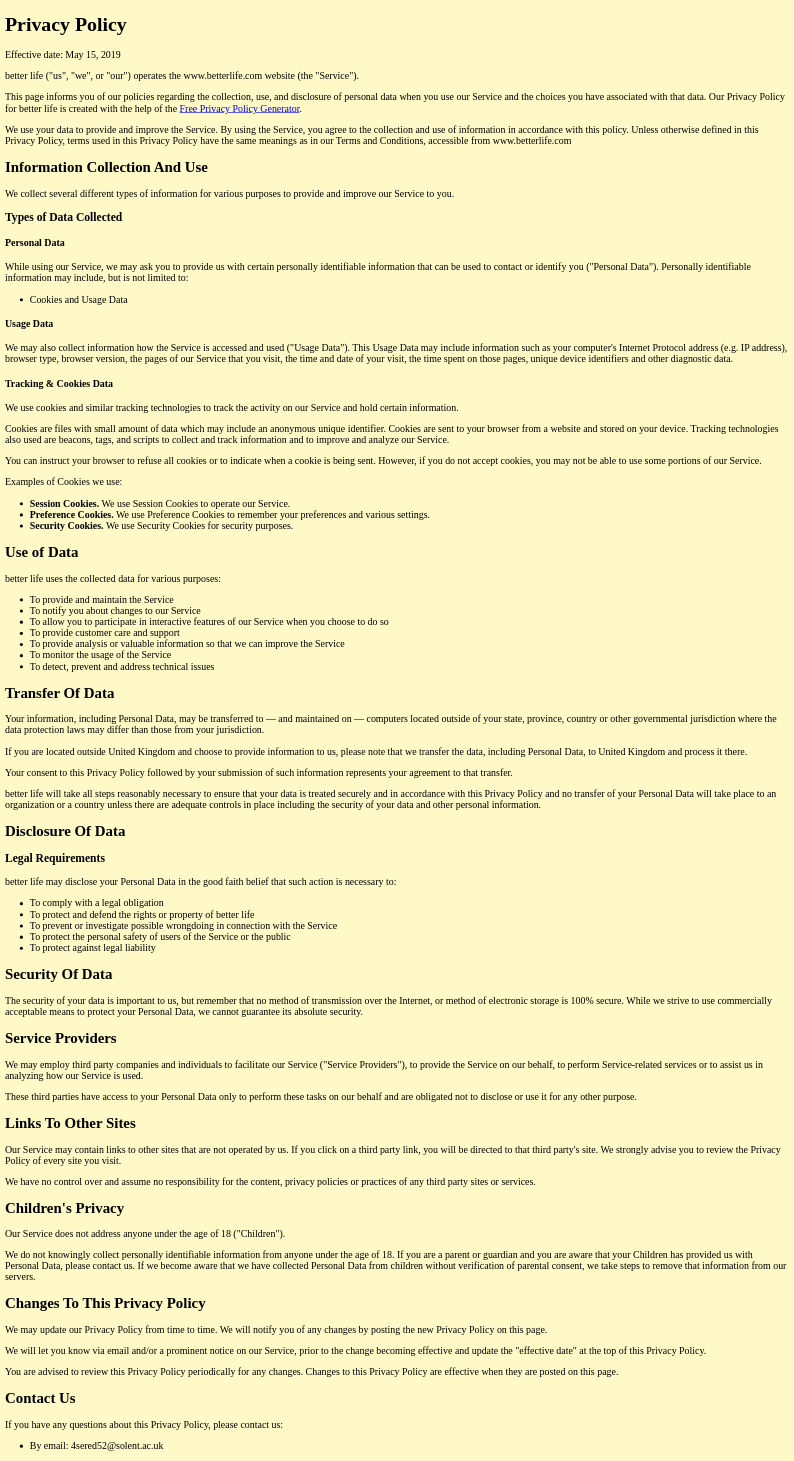
Repository: DSerenoG/Assessment2
Page: privacy.html
The author's editor kept a record of every edit. The page is drawn from the files as they stood at one moment, then again after the next edit.
The browser window is 1280 px wide. The pictures show the whole page, at 62% of full size.

Above is the page before.

### privacy.html
<!DOCTYPE html>
<html lang="en">
<head>
    <meta charset="UTF-8">
    <meta name="viewport" content="width=device-width, initial-scale=1.0">
    <meta http-equiv="X-UA-Compatible" content="ie=edge">
    <link rel="stylesheet" href="css/main.css" type="text/css" />
    <title>Document</title>
</head>
<body>
    <h1>Privacy Policy</h1>


<p>Effective date: May 15, 2019</p>


<p>better life ("us", "we", or "our") operates the www.betterlife.com website (the "Service").</p>

<p>This page informs you of our policies regarding the collection, use, and disclosure of personal data when you use our Service and the choices you have associated with that data. Our Privacy Policy  for better life is created with the help of the <a href="https://www.freeprivacypolicy.com/free-privacy-policy-generator.php">Free Privacy Policy Generator</a>.</p>

<p>We use your data to provide and improve the Service. By using the Service, you agree to the collection and use of information in accordance with this policy. Unless otherwise defined in this Privacy Policy, terms used in this Privacy Policy have the same meanings as in our Terms and Conditions, accessible from www.betterlife.com</p>


<h2>Information Collection And Use</h2>

<p>We collect several different types of information for various purposes to provide and improve our Service to you.</p>

<h3>Types of Data Collected</h3>

<h4>Personal Data</h4>

<p>While using our Service, we may ask you to provide us with certain personally identifiable information that can be used to contact or identify you ("Personal Data"). Personally identifiable information may include, but is not limited to:</p>

<ul>
<li>Cookies and Usage Data</li>
</ul>

<h4>Usage Data</h4>

<p>We may also collect information how the Service is accessed and used ("Usage Data"). This Usage Data may include information such as your computer's Internet Protocol address (e.g. IP address), browser type, browser version, the pages of our Service that you visit, the time and date of your visit, the time spent on those pages, unique device identifiers and other diagnostic data.</p>

<h4>Tracking & Cookies Data</h4>
<p>We use cookies and similar tracking technologies to track the activity on our Service and hold certain information.</p>
<p>Cookies are files with small amount of data which may include an anonymous unique identifier. Cookies are sent to your browser from a website and stored on your device. Tracking technologies also used are beacons, tags, and scripts to collect and track information and to improve and analyze our Service.</p>
<p>You can instruct your browser to refuse all cookies or to indicate when a cookie is being sent. However, if you do not accept cookies, you may not be able to use some portions of our Service.</p>
<p>Examples of Cookies we use:</p>
<ul>
    <li><strong>Session Cookies.</strong> We use Session Cookies to operate our Service.</li>
    <li><strong>Preference Cookies.</strong> We use Preference Cookies to remember your preferences and various settings.</li>
    <li><strong>Security Cookies.</strong> We use Security Cookies for security purposes.</li>
</ul>

<h2>Use of Data</h2>

<p>better life uses the collected data for various purposes:</p>
<ul>
    <li>To provide and maintain the Service</li>
    <li>To notify you about changes to our Service</li>
    <li>To allow you to participate in interactive features of our Service when you choose to do so</li>
    <li>To provide customer care and support</li>
    <li>To provide analysis or valuable information so that we can improve the Service</li>
    <li>To monitor the usage of the Service</li>
    <li>To detect, prevent and address technical issues</li>
</ul>

<h2>Transfer Of Data</h2>
<p>Your information, including Personal Data, may be transferred to — and maintained on — computers located outside of your state, province, country or other governmental jurisdiction where the data protection laws may differ than those from your jurisdiction.</p>
<p>If you are located outside United Kingdom and choose to provide information to us, please note that we transfer the data, including Personal Data, to United Kingdom and process it there.</p>
<p>Your consent to this Privacy Policy followed by your submission of such information represents your agreement to that transfer.</p>
<p>better life will take all steps reasonably necessary to ensure that your data is treated securely and in accordance with this Privacy Policy and no transfer of your Personal Data will take place to an organization or a country unless there are adequate controls in place including the security of your data and other personal information.</p>

<h2>Disclosure Of Data</h2>

<h3>Legal Requirements</h3>
<p>better life may disclose your Personal Data in the good faith belief that such action is necessary to:</p>
<ul>
    <li>To comply with a legal obligation</li>
    <li>To protect and defend the rights or property of better life</li>
    <li>To prevent or investigate possible wrongdoing in connection with the Service</li>
    <li>To protect the personal safety of users of the Service or the public</li>
    <li>To protect against legal liability</li>
</ul>

<h2>Security Of Data</h2>
<p>The security of your data is important to us, but remember that no method of transmission over the Internet, or method of electronic storage is 100% secure. While we strive to use commercially acceptable means to protect your Personal Data, we cannot guarantee its absolute security.</p>

<h2>Service Providers</h2>
<p>We may employ third party companies and individuals to facilitate our Service ("Service Providers"), to provide the Service on our behalf, to perform Service-related services or to assist us in analyzing how our Service is used.</p>
<p>These third parties have access to your Personal Data only to perform these tasks on our behalf and are obligated not to disclose or use it for any other purpose.</p>



<h2>Links To Other Sites</h2>
<p>Our Service may contain links to other sites that are not operated by us. If you click on a third party link, you will be directed to that third party's site. We strongly advise you to review the Privacy Policy of every site you visit.</p>
<p>We have no control over and assume no responsibility for the content, privacy policies or practices of any third party sites or services.</p>


<h2>Children's Privacy</h2>
<p>Our Service does not address anyone under the age of 18 ("Children").</p>
<p>We do not knowingly collect personally identifiable information from anyone under the age of 18. If you are a parent or guardian and you are aware that your Children has provided us with Personal Data, please contact us. If we become aware that we have collected Personal Data from children without verification of parental consent, we take steps to remove that information from our servers.</p>


<h2>Changes To This Privacy Policy</h2>
<p>We may update our Privacy Policy from time to time. We will notify you of any changes by posting the new Privacy Policy on this page.</p>
<p>We will let you know via email and/or a prominent notice on our Service, prior to the change becoming effective and update the "effective date" at the top of this Privacy Policy.</p>
<p>You are advised to review this Privacy Policy periodically for any changes. Changes to this Privacy Policy are effective when they are posted on this page.</p>


<h2>Contact Us</h2>
<p>If you have any questions about this Privacy Policy, please contact us:</p>
<ul>
        <li>By email: 4sered52@solent.ac.uk</li>

        </ul>
</body>
</html>

### css/main.css
#head{
    text-align: center;
    margin-bottom: 1%;
    font-family: arial;
}

body{
    background-color:#FEF9C7;
}

#main_section{
    font-size: 15px;
    font-family: arial;
    margin-left: 70px;
}

reason{
    margin-bottom: 3%;
    padding: 1%;
}


suplement5{
    margin: auto;
    padding:1%;
    text-align: center;
    font-size: 15px;
    float: left;
    margin-left: 400%;
    margin-right: -50%;
    margin-bottom: 10%;
    background-color:#FCE181;
    height: 25ex;
    font-family: arial;
     border-radius:25px;
}

#boxes{
    width:500px;
    background-color:#FCE181;
    padding: 1%;
    text-align:center;
    font-size: 15px;
    float: left;
    margin-left: 100px;
    margin-bottom: 10%;
    height: 25ex;
    font-family: arial;
    border-radius:25px;

}

#d1{
   width:90%;
    background-color:#FCE181;
    padding: 1%;
    text-align:center;
    font-size: 15px;
    float: left;
    margin-left: 3%;
    margin-bottom: 10%;
    height: auto;
    font-family: arial;
    border-radius:25px;
}

#text{
    width: 500px;
    margin:0px;
    display: inline-block;
    float:left;
}

#image{
    float:right;
    margin-right: 270px;
    margin-top: 80px;

}

#more {display: none;}

After the next edit:
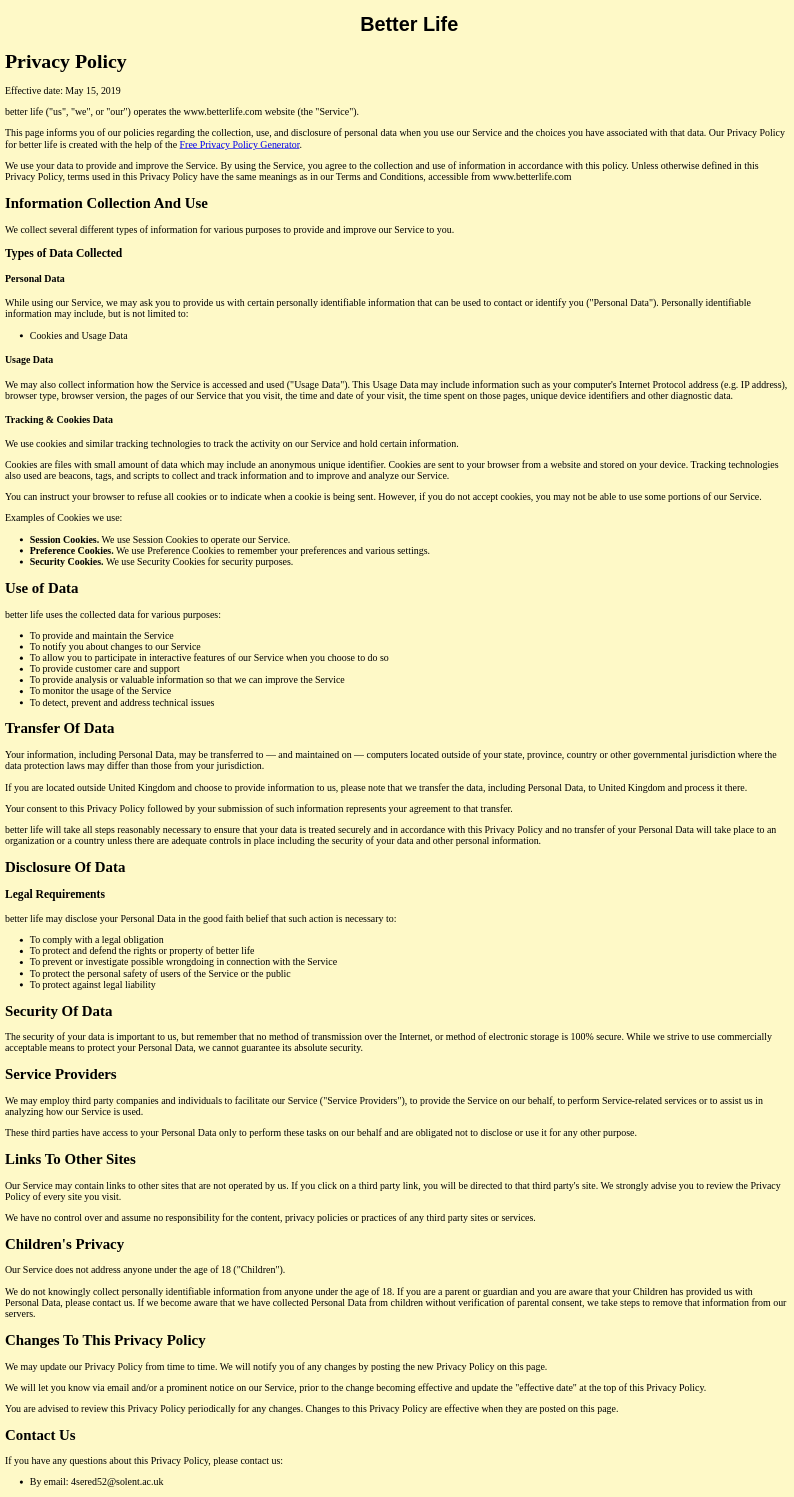
The edit:
--- a/privacy.html
+++ b/privacy.html
@@ -8,6 +8,12 @@
     <title>Document</title>
 </head>
 <body>
+    <div id = "head">
+        <ul>
+             <h1>Better Life</h1>
+        </ul>
+    </div>
+
     <h1>Privacy Policy</h1>
 
 
